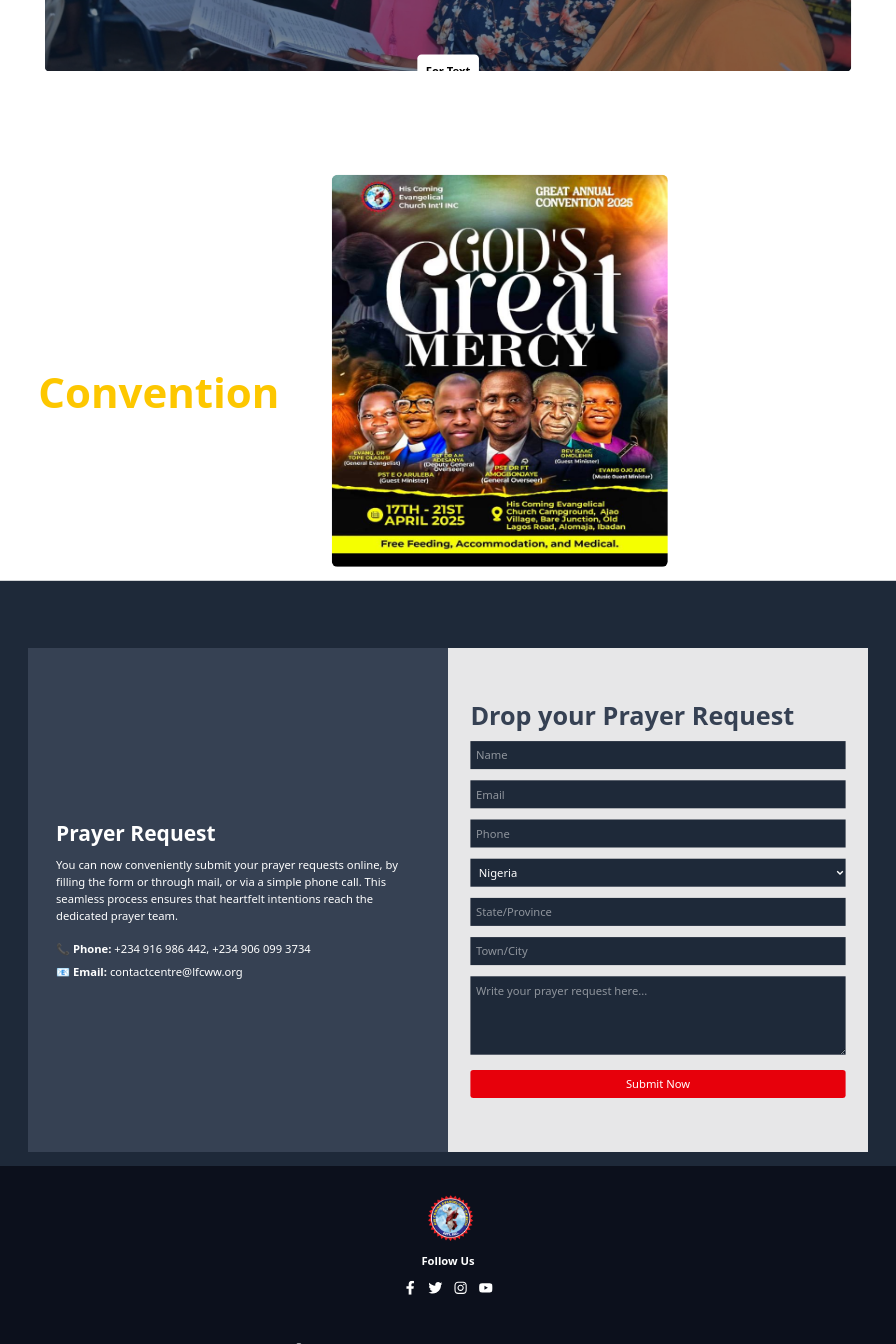
Repository: EmmyDunny1/HCEC-Website
Page: /
An editor plug-in stored every save of this project. The page is shown before and after the next save, followed by the edit.
The browser window is 1280 px wide. The pictures show the part of the page from y = 974 to 2894 px (the page is 2952 px tall before and 2992 px after), at 70% of full size.
The project was rebuilt for these pictures with package versions that can differ from the ones it lists, and the page was loaded fresh each time. The framework's server and built-in components were replaced by stand-ins that run in the browser. Also part of the build but not shown: next.config.ts.

Above is the page before, as saved 2025-07-22 12:17:09.

After the next save:
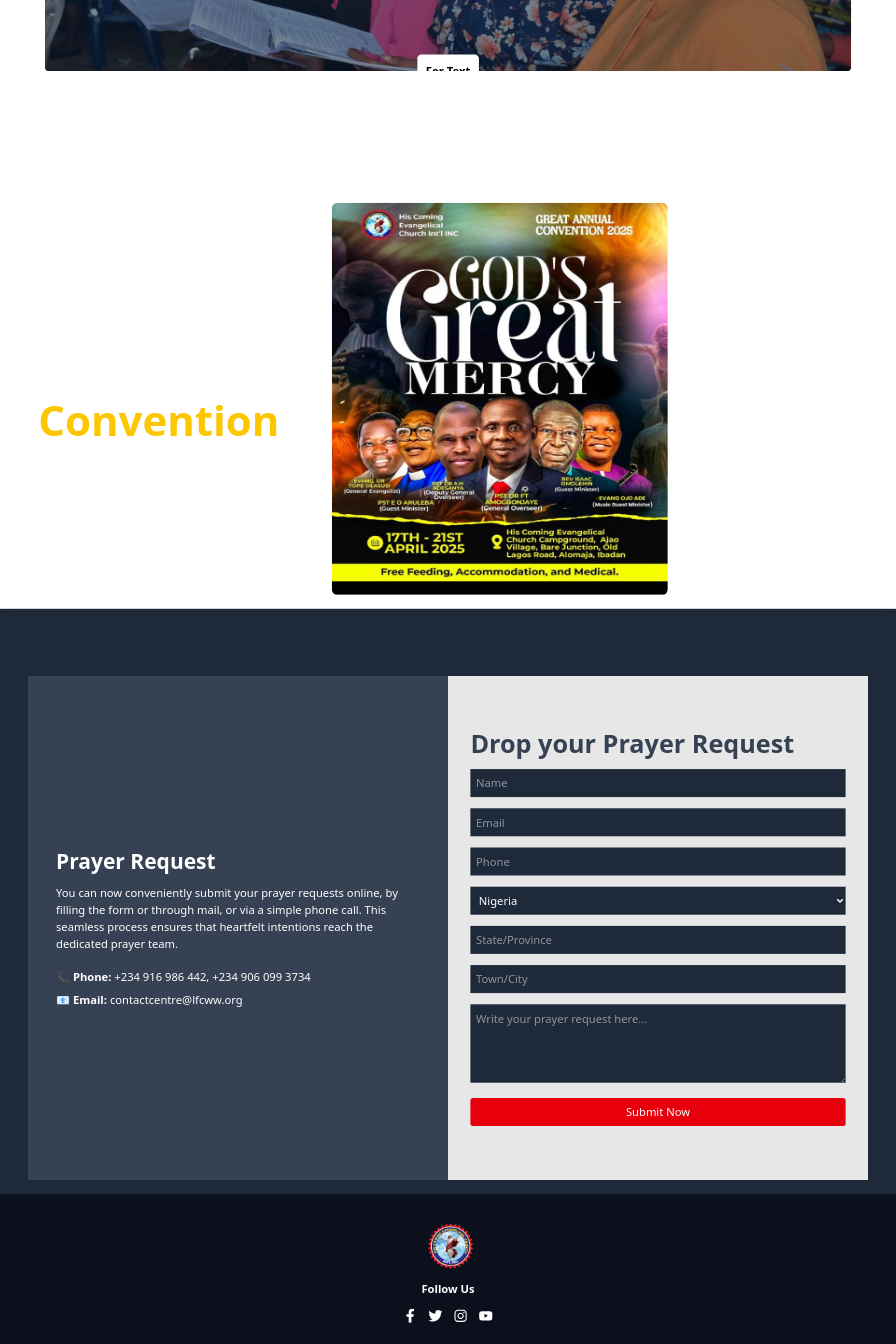
Saved 7 s later.
--- a/app/Hero-Section/page.tsx
+++ b/app/Hero-Section/page.tsx
@@ -9,7 +9,7 @@
 </div>
 
 {/* Image Background Section */}
-<div className="relative w-full max-w-6xl h-[25rem] mb- rounded-md overflow-hidden">
+<div className="relative w-full max-w-6xl h-[25rem] mb-10 rounded-md overflow-hidden">
 {/* Background Image */}
 <div
   className="absolute inset-0 bg-cover bg-center"
